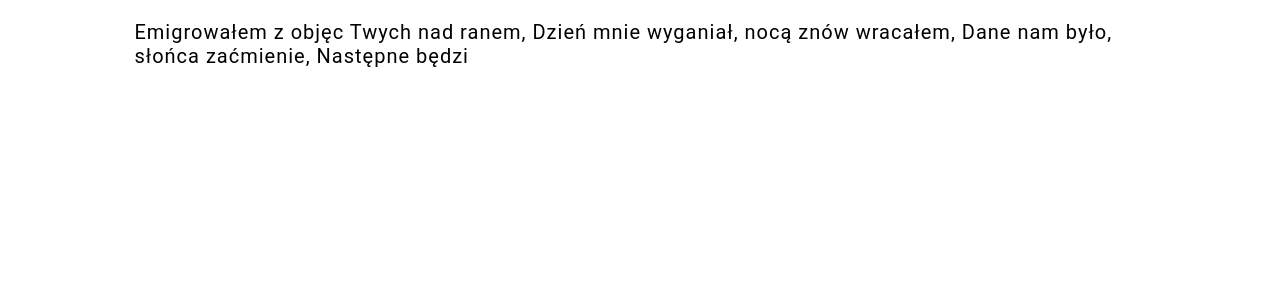
Repository: KasiaJakubowska/Typing
Page: index.html
An editor plug-in stored every save of this project. The page is shown before and after the next save, followed by the edit.
The browser window is 1280 px wide. The pictures show the whole page.

Above is the page before, as saved 2019-04-26 12:06:18.

After the next save:
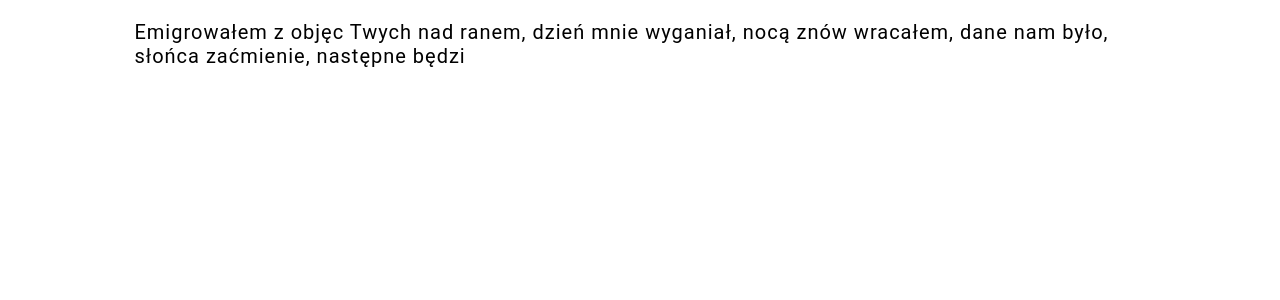
Saved 27 s later.
--- a/main.js
+++ b/main.js
@@ -1,5 +1,5 @@
 const spnText = document.querySelector('.text');
-const txt = 'Emigrowałem z objęc Twych nad ranem, Dzień mnie wyganiał, nocą znów wracałem, Dane nam było, słońca zaćmienie, Następne będzie, może za sto lat.'
+const txt = 'Emigrowałem z objęc Twych nad ranem, dzień mnie wyganiał, nocą znów wracałem, dane nam było, słońca zaćmienie, następne będzie, może za sto lat.'
 
 let indexText = 0;
 const time = 40;
